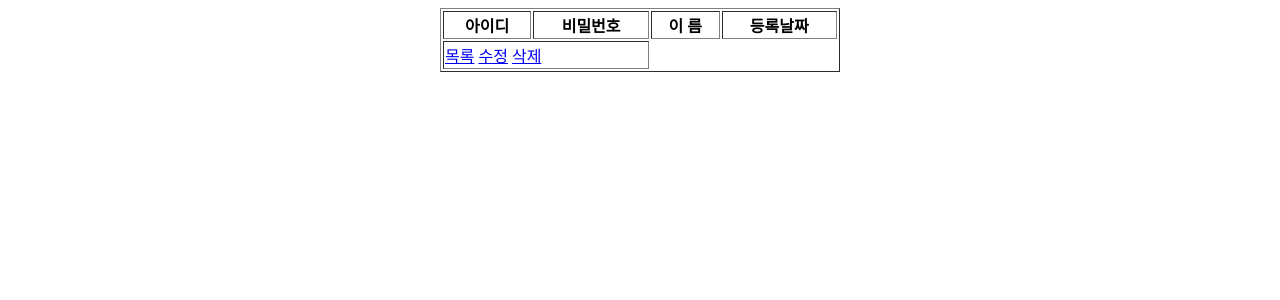
Repository: LTaeHoon/javajsp_ncs
Page: http://localhost/chap05_DataBase/db_exam/Content.jsp
The author's editor kept a copy of each file at every save. The page is drawn from the files as they stood at one save, then again after the next save.
The browser window is 1280 px wide. The pictures show the whole page.
The page is served by Tomcat 9. Queries for data that is not in the repository find no rows.

Above is the page before, as saved 2017-01-19 01:24:18.

After the next save:
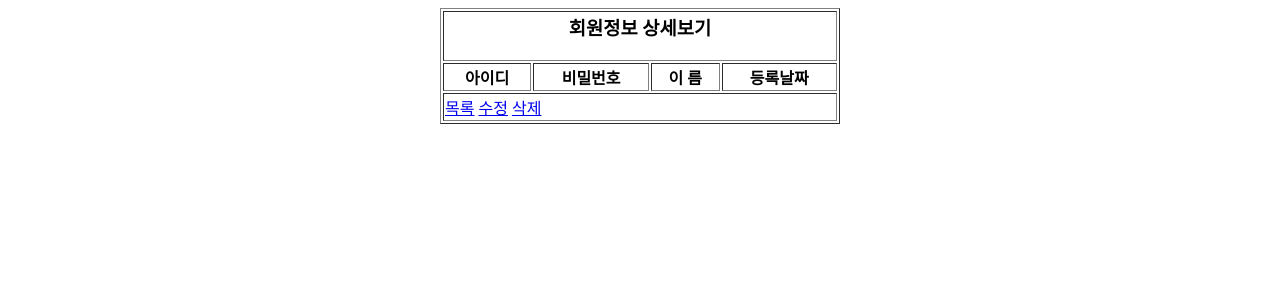
Saved 61 s later.
--- a/chap05_DataBase/WebContent/db_exam/Content.jsp
+++ b/chap05_DataBase/WebContent/db_exam/Content.jsp
@@ -9,6 +9,9 @@
 
 
 <table border="1" width="400" align="center">
+   <tr>
+   		<th colspan="4"><h3>회원정보 상세보기</h3></th>
+   </tr>
    <tr>
       <th> 아이디 </th> <th> 비밀번호</th>
       <th> 이 름  </th> <th> 등록날짜</th>
@@ -61,7 +64,7 @@
    }
    %>
    <tr>
-   	<td colspan="2">
+   	<td colspan="4">
    		<a href="SlectTest.jsp">목록</a>
    		<a href="#">수정</a>
    		<a href="#">삭제</a>
